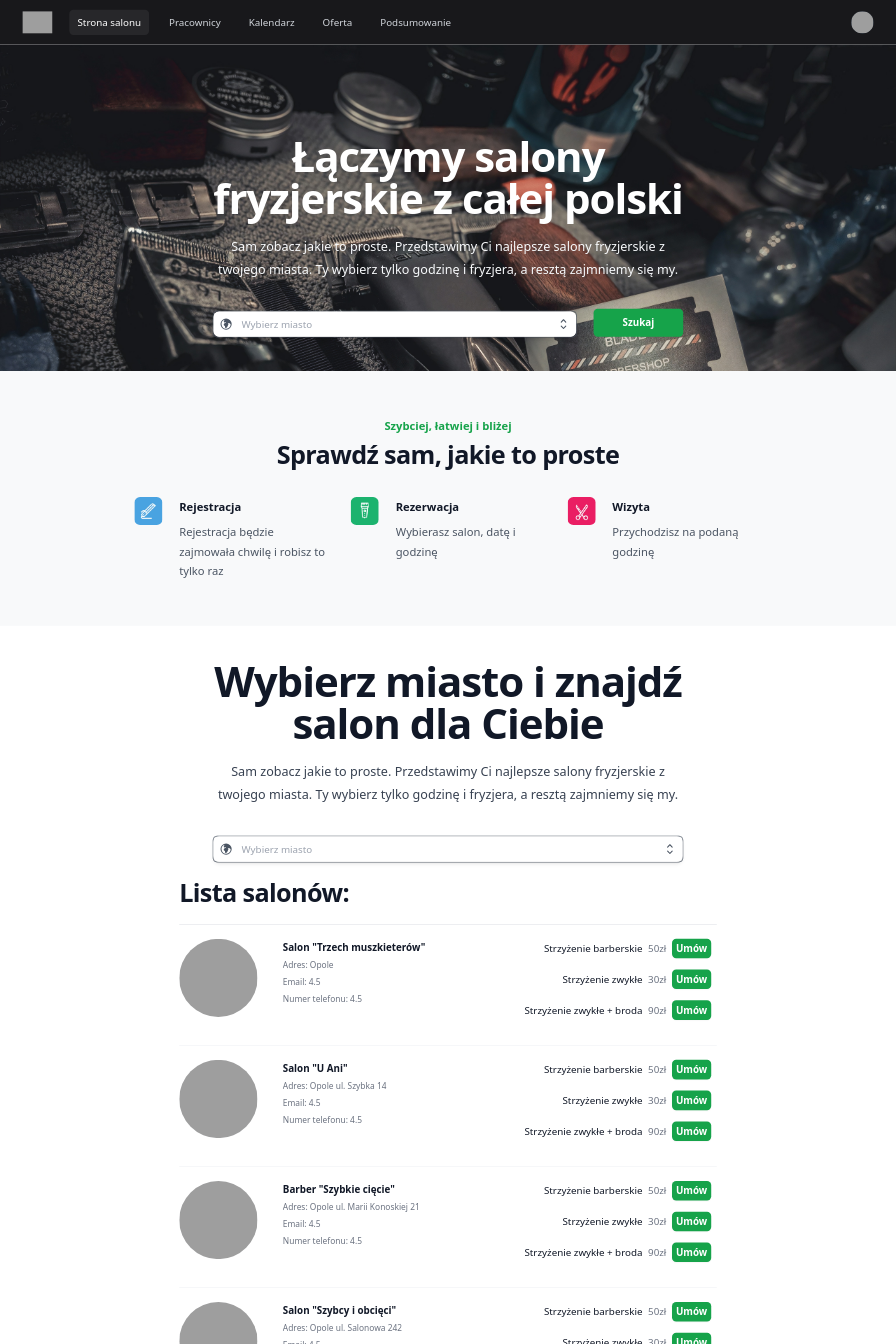
Repository: PrzemyslawJura/my-app
Page: / (app in frontend/)
These files come from the project's save history. The page is drawn as it stood at one moment and after the next save; the edit follows.
The browser window is 1280 px wide. The pictures show the part of the page from y = 0 to 1920 px (the page is 3798 px tall before and 3734 px after), at 70% of full size.
Pictures or frames that could not be fetched are drawn as grey boxes. The page's requests for data from a server got no answer. The project was rebuilt for these pictures with package versions that can differ from the ones it lists, and the page was loaded fresh each time. No one was signed in, and anything a server would have sent is missing. Also part of the build but not shown: frontend/src/home/Listbox.jsx, frontend/src/home/StepOne.jsx, frontend/src/home/StepTwo.jsx, frontend/src/components/Calendar.jsx, frontend/src/components/Tabs.jsx, frontend/src/biznes/CalendarOfWork.jsx, frontend/src/components/CarouselDefault.jsx, frontend/src/biznes/Salon.jsx and 13 more.

Above is the page before, as saved 2023-11-16 14:10:02.

### frontend/src/index.css
@tailwind base;
html {
  scroll-behavior: smooth;
}

@tailwind components;
@tailwind utilities;

### frontend/src/core/App.jsx
import BrowserRoutes from "./BrowserRoutes"
import FooterWithLogo from "./Footer"
import NavbarBiznes from "./NavbarBiznes";
import NavbarHome from "./NavbarHome";



export default function App() {
  let navigationBar = <NavbarHome/>
  function userIsLogin(user)
  {
    if (user == false) navigationBar = <NavbarBiznes/>
    else navigationBar = <NavbarHome/>
  }
  return (
    <>
      {userIsLogin(false)}
      {navigationBar}
      <BrowserRoutes/>
      <FooterWithLogo/>
    </>
  )
}

### frontend/src/core/BrowserRoutes.jsx
import Home from "../home/Home"
import CalendarOfWork from "../biznes/CalendarOfWork"
import SalonPage from "../biznes/SalonPage"
import Workers from "../biznes/Workers"
import Services from "../biznes/Services"
import { Route, Routes } from "react-router-dom"

export default function BrowserRoutes() {
  return (
      <Routes>
        <Route path="/" element={<Home/>}/>
        <Route path="/stronasalonu" element={<SalonPage/>}/>
        <Route path="/pracownicy" element={<Workers/>}/>
        <Route path="/kalendarz" element={<CalendarOfWork/>}/>
        <Route path="/oferta" element={<Services/>}/>
      </Routes>
  )
}

### frontend/src/core/Footer.jsx
import { Typography } from "@material-tailwind/react";

export default function FooterWithLogo() {
  return (
    <footer id="footer" className="w-full p-8 bg-slate-100">
      <div className="flex flex-row flex-wrap items-center justify-center gap-y-6 gap-x-12 text-center md:justify-between">
      <img
        className="h-8 w-auto"
        src="https://tailwindui.com/img/logos/mark.svg?color=green&shade=600"
        alt=""
      />
        <ul className="flex flex-wrap items-center gap-y-2 gap-x-8">
          <li>
            <Typography
              as="a"
              href="#"
              color="blue-gray"
              className="font-normal transition-colors hover:text-blue-500 focus:text-blue-500"
            >
              About Us
            </Typography>
          </li>
          <li>
            <Typography
              as="a"
              href="#"
              color="blue-gray"
              className="font-normal transition-colors hover:text-blue-500 focus:text-blue-500"
            >
              License
            </Typography>
          </li>
          <li>
            <Typography
              as="a"
              href="#"
              color="blue-gray"
              className="font-normal transition-colors hover:text-blue-500 focus:text-blue-500"
            >
              Contribute
            </Typography>
          </li>
          <li>
            <Typography
              as="a"
              href="#"
              color="blue-gray"
              className="font-normal transition-colors hover:text-blue-500 focus:text-blue-500"
            >
              Contact Us
            </Typography>
          </li>
        </ul>
      </div>
      <hr className="my-8 border-blue-gray-50" />
      <Typography color="blue-gray" className="text-center font-normal">
        &copy; 2023 Material Tailwind
      </Typography>
    </footer>
  );
}

### frontend/src/home/Home.jsx
import Location from '../components/Location'
import Feature from './Feature'
import ListOfSalons from './ListOfSalons'
import Faq from './Faq'
import Stats from './Stats'
import MainButton from '../shared_np_buttony_inputy_kalendarze_itp/MainButton'
import TitleAndParagraph from '../shared_np_buttony_inputy_kalendarze_itp/TitleAndParagraph'
import { useState } from 'react'

const mainTitle = 'Łączymy salony fryzjerskie z całej polski';
const mainParagraph = 'Sam zobacz jakie to proste. Przedstawimy Ci najlepsze salony fryzjerskie z twojego miasta. Ty wybierz tylko godzinę i fryzjera, a resztą zajmniemy się my.';
const searchTitle = 'Wybierz miasto i znajdź salon dla Ciebie';
const searchParagraph = 'Sam zobacz jakie to proste. Przedstawimy Ci najlepsze salony fryzjerskie z twojego miasta. Ty wybierz tylko godzinę i fryzjera, a resztą zajmniemy się my.';


export default function Home() {
  const [search, setSearch] = useState("");
  return (
    <>
      <div className='min-h-screen bg-bgGray'>
        <div className="relative isolate bg-main-image bg-cover">
          <div className="mx-auto max-w-2xl pt-20 lg:pt-32 pb-12 text-center">
            <TitleAndParagraph title = {mainTitle} paragraph={mainParagraph} h1Color="text-white" pColor="text-slate-50"/>
            <div className="mt-10 flex items-center justify-center gap-x-6">
              <Location setSearch={setSearch} search={search}></Location>
              <a href="#salons">
                <MainButton text="Szukaj"/>
              </a>
            </div>
          </div>
        </div>
        <Feature></Feature>
      </div>

      <div id="salons" className="mx-auto max-w-2xl pt-10 lg:pt-12 pb-4 text-center">
        <TitleAndParagraph title = {searchTitle} paragraph={searchParagraph} h1Color="text-gray-900" pColor="text-gray-700"/>
        <div className="mt-10 flex items-center justify-center gap-x-6">
          <Location setSearch={setSearch}  search={search}></Location>
          {/*<MainButton text="Szukaj"/>*/}
        </div>
      </div>

      <div className='w:4/5 lg:w-3/5 m-auto'>
        <ListOfSalons search={search}/>
      </div>

      <Faq></Faq>
      <Stats></Stats>
    </>
  )
}

### frontend/src/home/Feature.jsx
import stepone from '../assets/stepone.jpg'
import steptwo from '../assets/steptwo.jpg'
import stepthree from '../assets/stepthree.jpg'

const features = [


  {
    name: 'Rejestracja',
    description:
      'Rejestracja będzie zajmowała chwilę i robisz to tylko raz',
    icon: stepone,
  },
  {
    name: 'Rezerwacja',
    description:
      'Wybierasz salon, datę i godzinę',
    icon: steptwo,
  },
  {
    name: 'Wizyta',
    description:
      'Przychodzisz na podaną godzinę',
    icon: stepthree,
  },
]

export default function Feature() {
  return (
    <div className="py-8 lg:py-16">
      <div className="mx-auto max-w-7xl px-6 lg:px-8">
        <div className="mx-auto max-w-xl lg:text-center">
          <h2 className="text-base font-semibold leading-7 text-green-600">Szybciej, łatwiej i bliżej</h2>
          <p className="mt-2 text-3xl font-bold tracking-tight text-gray-900 sm:text-4xl">
            Sprawdź sam, jakie to proste
          </p>
        </div>
        <div className="mx-auto mt-10 max-w-2xl lg:max-w-4xl">
          <dl className="grid max-w-2xl grid-cols-1 gap-x-8 gap-y-10 lg:max-w-none lg:grid-cols-3 lg:gap-y-16">
            {features.map((feature) => (
              <div key={feature.name} className="relative pl-16">
                <dt className="text-base font-semibold leading-7 text-gray-900">
                  <div className="absolute left-0 top-0 flex h-10 w-10 items-center justify-center  ">
                      <img className='rounded-lg h-10 w-10' src={feature.icon}></img>
                  </div>
                  {feature.name}
                </dt>
                <dd className="mt-2 text-base leading-7 text-gray-600">{feature.description}</dd>
              </div>
            ))}
          </dl>
        </div>
      </div>
    </div>
  )
}

### frontend/src/home/Faq.jsx
import { Disclosure } from '@headlessui/react'
import { ChevronUpIcon } from '@heroicons/react/20/solid'

const questions = [
    {
        question: "Jak umówić wizytę?",
        answer: "To takie proste",
    },
    {
        question: "Dlaczego wybranie nas to dobra decyzja?",
        answer: "To takie prost",
    },
    {
        question: "Jak można dodać tutaj swój salon?",
        answer: "To takie prost",
    },
    {
        question: "Czy można odwołać wizytę?",
        answer: "To takie prost",
    },
    {
        question: "Czy trzeba zakładać konto?",
        answer: "To takie prost",
    },
    {
        question: "Czy trzeba coś dodatkowo płacić za korzystanie z aplkacji?",
        answer: "To takie prost",
    },
]

export default function Faq() {
  return (
    <div className="w-full px-4 pt-6 pb-12 bg-bgGray">
      <div className="mx-auto w-3/5 rounded-2xl p-2">

      <div className="mx-auto max-w-2xl pt-10 lg:pt-12 pb-4">
          <div className="text-center">
            <h1 className="text-4xl font-bold tracking-tight text-gray-900 sm:text-6xl">
              Najczęściej zadawane nam pytania
            </h1>
            <p className="mt-6 text-lg leading-8 text-gray-700">
              Sam zobacz jakie to proste. Przedstawimy Ci najlepsze salony fryzjerskie z twojego miasta.
              Ty wybierz tylko godzinę i fryzjera, a resztą zajmniemy się my.
            </p>
            </div>
        </div>


        {questions.map((q) =>(
            <Disclosure>
            {({ open }) => (
                <>
                <Disclosure.Button className="my-4 flex w-full justify-between rounded-lg bg-green-300 px-4 py-2 text-left text-sm font-medium text-green-900 hover:bg-green-400 focus:outline-none focus-visible:ring focus-visible:ring-green-500 focus-visible:ring-opacity-75">
                    <span>{q.question}</span>
                    <ChevronUpIcon
                    className={`${
                        open ? 'rotate-180 transform' : ''
                    } h-5 w-5 text-grren-500`}
                    />
                </Disclosure.Button>
                <Disclosure.Panel className="px-4 pt-4 pb-2 text-sm text-gray-600">
                    {q.answer}
                </Disclosure.Panel>
                </>
            )}
            </Disclosure>
        ))}
      </div>
    </div>
  )
}

### frontend/src/home/Stats.jsx
const stats = [


    { id: 1, name: 'Liczba salonów w Polsce', value: '44 million' },
    { id: 2, name: 'Liczba umówionych wizyt', value: '119 trillion' },
    { id: 3, name: 'Nowych użytkowników', value: '46,000' },
  ]

  export default function Stats() {
    return (
      <div className="bg-white py-20">

        <div className="mx-auto max-w-2xl pb-4">
          <div className="text-center">
            <h1 className="text-4xl font-bold tracking-tight text-gray-900 sm:text-6xl">
              Możemy pochwalić się takimi statystykami
            </h1>
            <p className="mt-6 text-lg leading-8 text-gray-700">
              Sam zobacz jakie to proste. Przedstawimy Ci najlepsze salony fryzjerskie z twojego miasta.
              Ty wybierz tylko godzinę i fryzjera, a resztą zajmniemy się my.
            </p>
            </div>
        </div>

        <div className="mx-auto max-w-7xl px-6 lg:px-8">
          <dl className="grid grid-cols-1 gap-x-8 gap-y-16 text-center lg:grid-cols-3">
            {stats.map((stat) => (
              <div key={stat.id} className="mx-auto flex max-w-xs flex-col gap-y-4">
                <dt className="text-base leading-7 text-gray-600">{stat.name}</dt>
                <dd className="order-first text-3xl font-semibold tracking-tight text-gray-900 sm:text-5xl">
                  {stat.value}
                </dd>
              </div>
            ))}
          </dl>
        </div>
      </div>
    )
  }

### frontend/src/shared_np_buttony_inputy_kalendarze_itp/MainButton.jsx
export default function MainButton({text}) {
    return (
        <button
        type="submit"
        className="w-20 sm:w-32 flex-none rounded-md bg-green-600 px-3.5 py-2.5 text-sm font-semibold max-h-10 my-auto
                   text-white shadow-sm hover:bg-green-400 focus-visible:outline focus-visible:outline-2
                   focus-visible:outline-offset-2 focus-visible:outline-indigo-500"
        >
        {text}
        </button>
    )}

### frontend/src/shared_np_buttony_inputy_kalendarze_itp/TitleAndParagraph.jsx
export default function TitleAndParagraph({title, paragraph, h1Color, pColor}) {
    return (
        <>
            <h1 className={"text-4xl font-bold tracking-tight sm:text-6xl " + h1Color}>
                {title}
            </h1>
            <p className={"mt-6 text-lg leading-8 " + pColor}>
                {paragraph}
            </p>
        </>
    )}

### frontend/src/home/Pagination.jsx
import { ChevronLeftIcon, ChevronRightIcon } from '@heroicons/react/20/solid'
import PaginationTile from '../shared_np_buttony_inputy_kalendarze_itp/PaginationTile'
import { useState } from 'react'

export default function Pagination({result}) {
  const [ count, setCount ] =useState([])
  function paginationCount(result)
  {
    result=(result+5)/5
    for (let x = 1; x <= result; x++)
    {
      count.push(x)
      console.log(x)
    }
  }

  function paginationCountRemover(result)
  {
    result=(result+5)/5
    for (let x = 1; x <= result; x++)
    {
      count.pop(x)
    }
  }

  return (
    <div className="flex items-center justify-between border-t border-gray-200 bg-white px-4 pt-3 pb-10 sm:px-6">
      {paginationCount(result)}
      <div className="flex flex-1 justify-between sm:hidden">
        <PaginationTile title="Poprzednie" rounded="rounded-md"/>
        <PaginationTile title="Następny" rounded="rounded-md"/>
      </div>
      <div className="hidden sm:flex sm:flex-1 sm:items-center sm:justify-between">
        <div>
          <p className="text-sm text-gray-700">
            Widoczne od <span className="font-medium">1</span> do <span className="font-medium">5</span> z{' '}
            <span className="font-medium">{result}</span> wyników
          </p>
        </div>
        <nav className="isolate inline-flex -space-x-px rounded-md shadow-sm" aria-label="Pagination">
            <a
              href="#"
              className="relative inline-flex items-center rounded-l-md px-2 py-2 text-gray-400 ring-1 ring-inset ring-gray-300 hover:bg-gray-50 focus:z-20 focus:outline-offset-0"
            >
              <span className="sr-only">Poprzedni</span>
              <ChevronLeftIcon className="h-5 w-5" aria-hidden="true" />
            </a>
            {count.map((item) =>(
              <PaginationTile title={item} rounded=""/>
            ))}

            <a
              href="#"
              className="relative inline-flex items-center rounded-r-md px-2 py-2 text-gray-400 ring-1 ring-inset ring-gray-300 hover:bg-gray-50 focus:z-20 focus:outline-offset-0"
            >
              <span className="sr-only">Następna</span>
              <ChevronRightIcon className="h-5 w-5" aria-hidden="true" />
            </a>
          </nav>
      </div>
      {paginationCountRemover(result)}
    </div>
  )
}

### frontend/src/home/SalonOffer.jsx
import { useState } from "react";
import StepOne from "./StepOne";
import StepTwo from "./StepTwo";

export default function SalonOffer({person}) {
    const [Steps, setIsSteps] = useState(0);
return (
    <>
        <div className="flex min-w-0 gap-x-4">
        <img className="h-28 w-28 flex-none rounded-full bg-gray-50" src={person.imageUrl} alt="" />
        <div className="min-w-0 pl-5">
        <p className="text-sm font-semibold leading-6 text-gray-900">{person.name}</p>
        <p className="mt-1 truncate text-xs leading-5 text-gray-500">Adres: {person.email}</p>
        <p className="mt-1 truncate text-xs leading-5 text-gray-500">Email: {person.star}</p>
        <p className="mt-1 truncate text-xs leading-5 text-gray-500">Numer telefonu: {person.star}</p>
        </div>
        </div>
        <div className="hidden shrink-0 sm:flex sm:flex-col sm:items-end">
        {person.role.map((man)=> (
            <p className="text-sm leading-6 text-gray-900 mb-4">
                {man[1]}
                <span className="ml-2 mt-1 leading-5 text-gray-500">
                    {man[2]}
                </span>
                <button
                onClick={()=> setIsSteps(1)}
                    type="submit"
                    className="mx-2 w-14 flex-none rounded-md bg-green-600 px-1 py-1 text-sm font-semibold text-white shadow-sm hover:bg-green-400 focus-visible:outline focus-visible:outline-2 focus-visible:outline-offset-2 focus-visible:outline-indigo-500"
                >
                    Umów
                </button>
            </p>
        ))}
        </div>
        {Steps == 1 && <StepOne setIsSteps={setIsSteps} />}
        {Steps == 2 && <StepTwo setIsSteps={setIsSteps} />}
        {Steps == 3 && <StepOne setIsSteps={setIsSteps} />}
    </>
)}

### frontend/src/shared_np_buttony_inputy_kalendarze_itp/PaginationTile.jsx
export default function PaginationTile({title, rounded}) {
    return (
          <a
            href="#"
            className={"relative inline-flex items-center border border-gray-300 bg-white px-4 py-2 text-sm font-medium text-gray-700 hover:bg-gray-50" + {rounded}}
          >
            {title}
          </a>
    )}

### frontend/src/core/NavbarHome.jsx
import { useState } from 'react'
import { Dialog } from '@headlessui/react'
import { Bars3Icon, XMarkIcon } from '@heroicons/react/24/outline'
import Login from '../home/Login'
import ForgetPass from '../home/ForgetPass'
import SigninChose from '../home/SigninChose'
import SigninPerson from '../home/SigninPerson'
import SigninBiznes from '../home/Signinbiznes'


const navigation = [
    { name: 'Strona główna', href: '#' },
    { name: 'Nasze salony', href: '#salons' },
    { name: 'Kontakt', href: '#footer' }
  ]

export default function NavbarHome() {
    const [mobileMenuOpen, setMobileMenuOpen] = useState(false)
    const [isShown, setIsShown] = useState(0);

    return (
<header className="absolute inset-x-0 top-0 z-50">
<nav className="flex items-center justify-between p-6 lg:px-8" aria-label="Global">
  <div className="flex lg:flex-1">
    <a href="#" className="-m-1.5 p-1.5">
      <span className="sr-only">Logo</span>
      <img
        className="h-8 w-auto"
        src="https://tailwindui.com/img/logos/mark.svg?color=green&shade=600"
        alt=""
      />
    </a>
  </div>
  <div className="flex lg:hidden">
    <button
      type="button"
      className="-m-2.5 inline-flex items-center justify-center rounded-md p-2.5 text-white"
      onClick={() => setMobileMenuOpen(true)}
    >
      <span className="sr-only">Otwórz pasek menu</span>
      <Bars3Icon className="h-6 w-6" aria-hidden="true" />
    </button>
  </div>
  <div className="hidden lg:flex lg:gap-x-12">
    {navigation.map((item) => (
      <a key={item.name} href={item.href} className="text-sm font-bold leading-6 text-white">
        {item.name}
      </a>
    ))}
  </div>
  <div onClick={() => setIsShown(1)} className="hidden lg:flex lg:flex-1 lg:justify-end">
    <a className="cursor-pointer text-sm font-bold leading-6 text-white">
      Logowanie / Rejestracja <span aria-hidden="true">&rarr;</span>
    </a>
  </div>
</nav>
<Dialog as="div" className="lg:hidden" open={mobileMenuOpen} onClose={setMobileMenuOpen}>
  <div className="fixed inset-0 z-50" />
  <Dialog.Panel className="fixed inset-y-0 right-0 z-50 w-full overflow-y-auto bg-white px-6 py-6 sm:max-w-sm sm:ring-1 sm:ring-gray-900/10">
    <div className="flex items-center justify-between">
      <a href="#" className="-m-1.5 p-1.5">
        <span className="sr-only">Logo</span>
        <img
          className="h-8 w-auto"
          src="https://tailwindui.com/img/logos/mark.svg?color=indigo&shade=600"
          alt=""
        />
      </a>
      <button
        type="button"
        className="-m-2.5 rounded-md p-2.5 text-gray-700"
        onClick={() => setMobileMenuOpen(false)}
      >
        <span className="sr-only">Zamknij menu</span>
        <XMarkIcon className="h-6 w-6" aria-hidden="true" />
      </button>
    </div>
    <div className="mt-6 flow-root">
      <div className="-my-6 divide-y divide-gray-500/10">
        <div className="space-y-2 py-6">
          {navigation.map((item) => (
            <a
              key={item.name}
              href={item.href}
              className="-mx-3 block rounded-lg px-3 py-2 text-base font-semibold leading-7 text-gray-900 hover:bg-gray-50"
            >
              {item.name}
            </a>
          ))}
        </div>
        <div className="py-6">
          <a
            className="-mx-3 block rounded-lg px-3 py-2.5 text-base font-semibold leading-7 text-gray-900 hover:bg-gray-50"
          >
            Logowanie / Rejestracja
          </a>
        </div>
      </div>
    </div>
  </Dialog.Panel>
</Dialog>


{isShown == 1 && <Login setIsShown={setIsShown} />}
{isShown == 2 && <ForgetPass setIsShown={setIsShown} />}
{isShown == 3 && <SigninChose setIsShown={setIsShown} />}
{isShown == 4 && <SigninPerson setIsShown={setIsShown} />}
{isShown == 5 && <SigninBiznes setIsShown={setIsShown} />}

</header>
    )}

Loaded but not shown: frontend/public/index.html (common file); frontend/src/reportWebVitals.js (common file); frontend/src/index.js (20 lines, source omitted); frontend/tailwind.config.js (19 lines, source omitted); frontend/src/core/NavbarBiznes.jsx (146 lines, source omitted); frontend/src/home/ListOfSalons.jsx (116 lines, source omitted); frontend/src/components/Location.jsx (102 lines, source omitted)

After the next save:
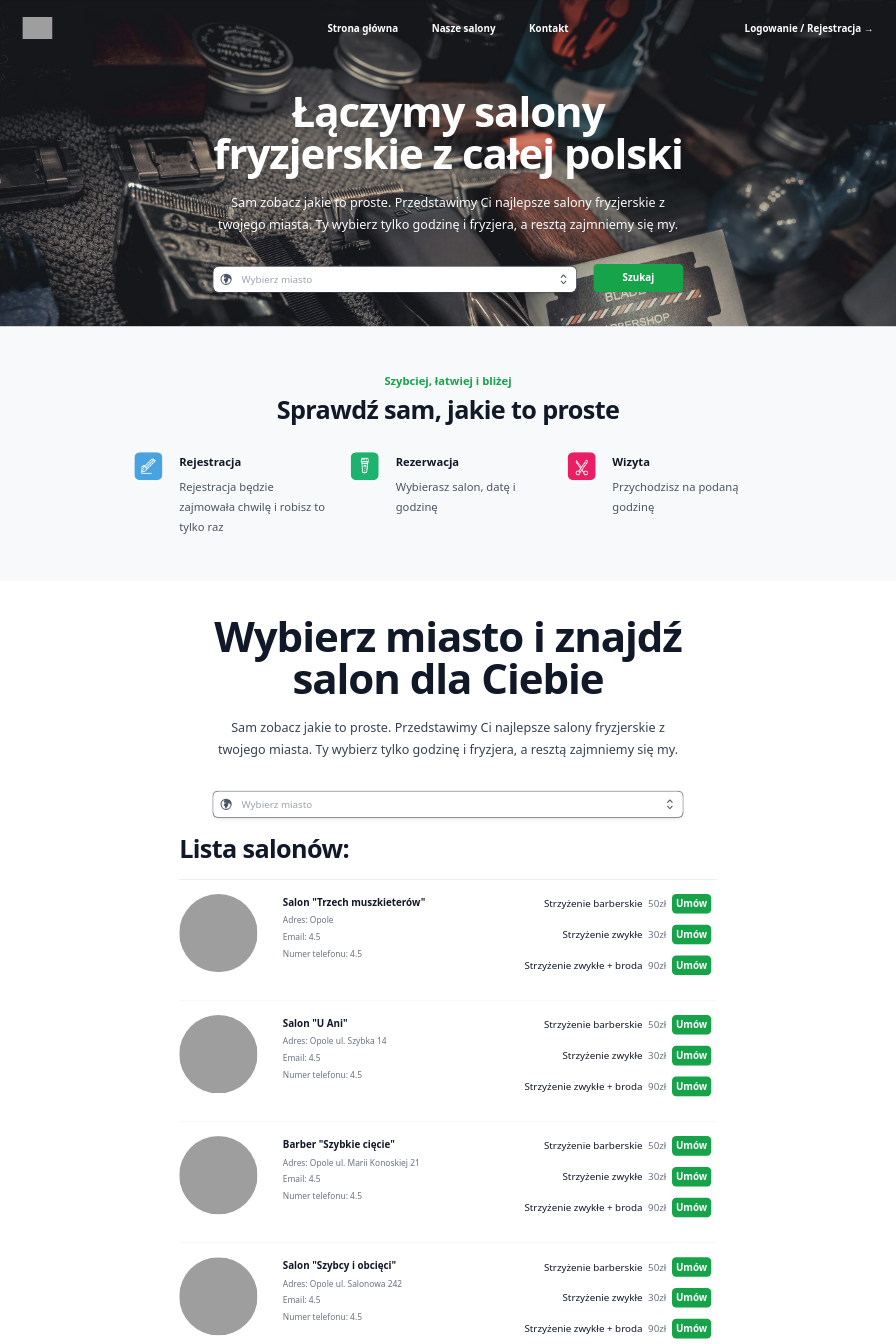
Saved 12 s later.
--- a/frontend/src/core/App.jsx
+++ b/frontend/src/core/App.jsx
@@ -9,7 +9,7 @@ export default function App() {
   let navigationBar = <NavbarHome/>
   function userIsLogin(user)
   {
-    if (user == false) navigationBar = <NavbarBiznes/>
+    if (user == true) navigationBar = <NavbarBiznes/>
     else navigationBar = <NavbarHome/>
   }
   return (
